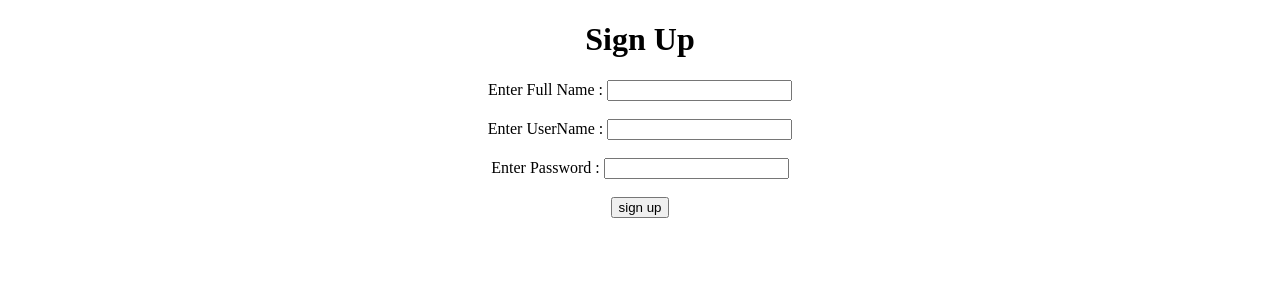
Repository: PRANAVBR/MLA_Training
Page: MLA_Java/GMail/src/main/webapp/register.html
These files come from the project's save history. The page is drawn as it stood at one moment and after the next save; the edit follows.
The browser window is 1280 px wide. The pictures show the whole page.

Above is the page before, as saved 2026-02-14 06:06:51.

### MLA_Java/GMail/src/main/webapp/register.html
<!DOCTYPE html>
<html>
<head>
<meta charset="UTF-8">
<title>Sign up</title>
</head>
<body>
	<center>
		<h1>Sign Up</h1>
		Enter Full Name : <input type = "text" name= "fname"><br><br>
	    Enter UserName : <input type = "text" name = user"><br><br>
		Enter Password : <input type = "text" name ="password"><br><br>

			<input type = "submit" value = "sign up">
	</center>
</body>
</html>

After the next save:
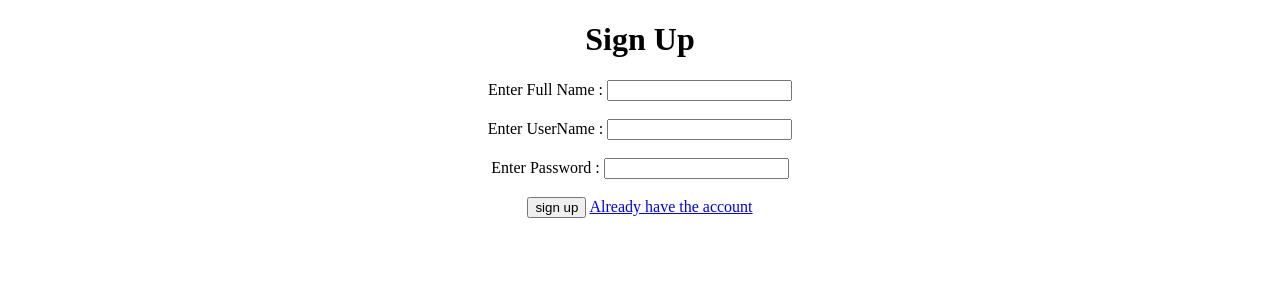
Saved 31 s later.
--- a/MLA_Java/GMail/src/main/webapp/register.html
+++ b/MLA_Java/GMail/src/main/webapp/register.html
@@ -12,6 +12,7 @@
 		Enter Password : <input type = "text" name ="password"><br><br>
 
 			<input type = "submit" value = "sign up">
+			<a href ="login.html">Already have the account</a>
 	</center>
 </body>
 </html>
